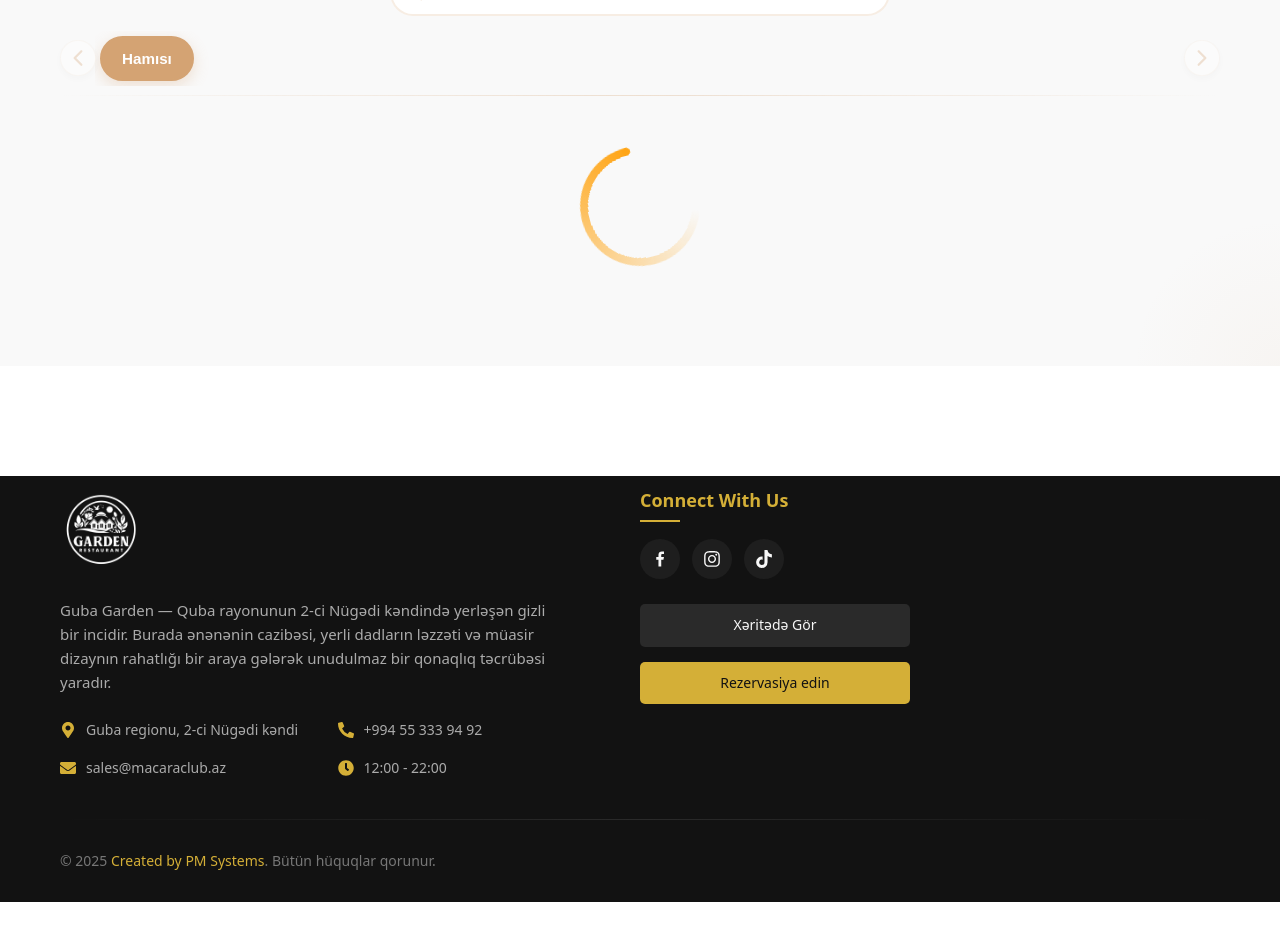
Repository: ferhadsultan98/menu-macara
Page: /
These files come from the project's save history. The page is drawn as it stood at one moment and after a run of saves; the edit follows.
The browser window is 1280 px wide. The pictures show the part of the page from y = 1588 to 2540 px (the page is 2540 px tall before and 2480 px after).
The page's requests for data from a server got no answer. The project was rebuilt for these pictures with package versions that can differ from the ones it lists, and the page was loaded fresh each time. No one was signed in, and anything a server would have sent is missing. Also part of the build but not shown: vite.config.js.

Above is the page before, as saved 2025-04-18 14:50:28.

After the next 2 saves:
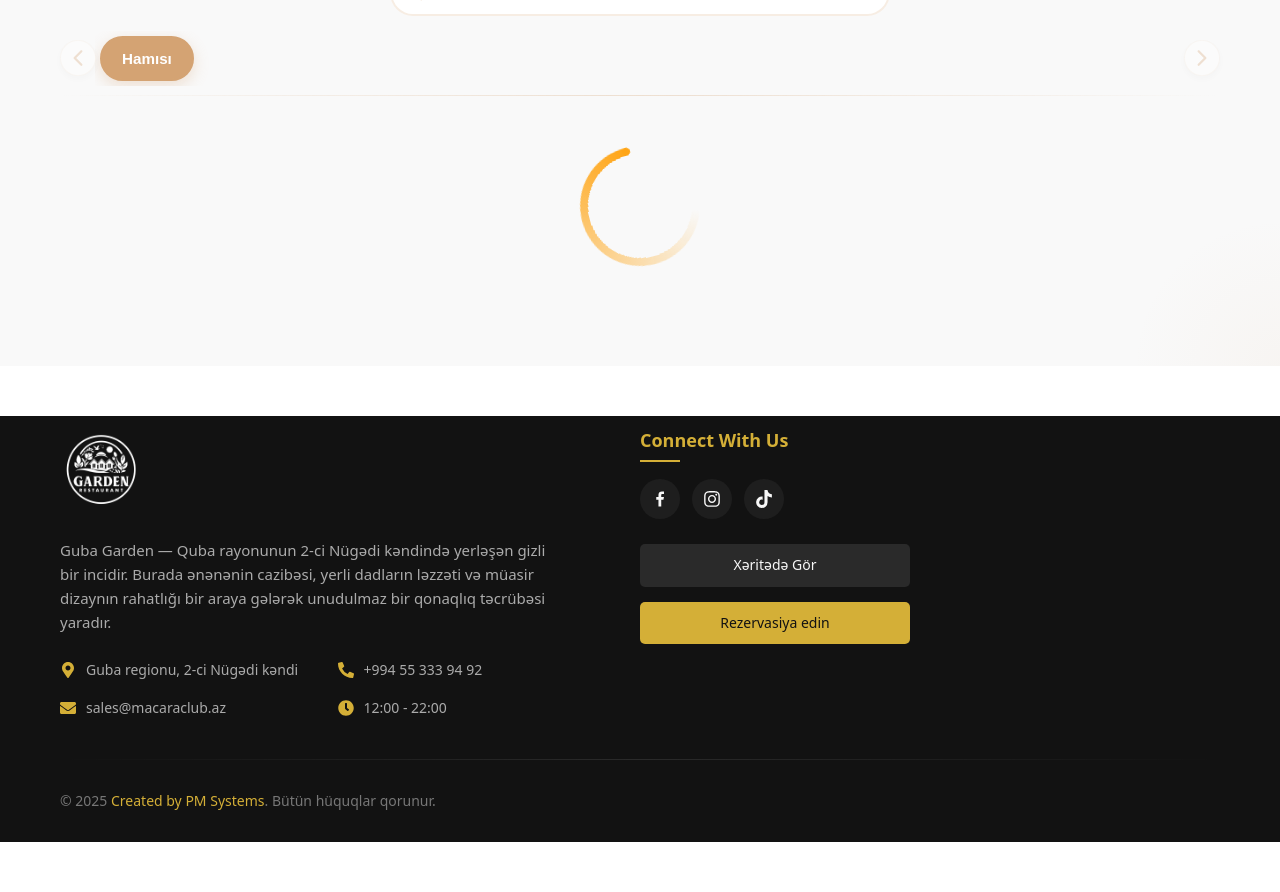
The 2 saves are shown as one change because they came seconds apart.
The last was saved 7 s later.
--- a/src/Components/Common/Footer/Footer.scss
+++ b/src/Components/Common/Footer/Footer.scss
@@ -1,7 +1,5 @@
 .footer {
   position: relative;
-  color: #f8f8f8;
-  margin-top: 60px;
 padding: 50px 0px;
   // Wave decoration at the top
   .footer-wave {
